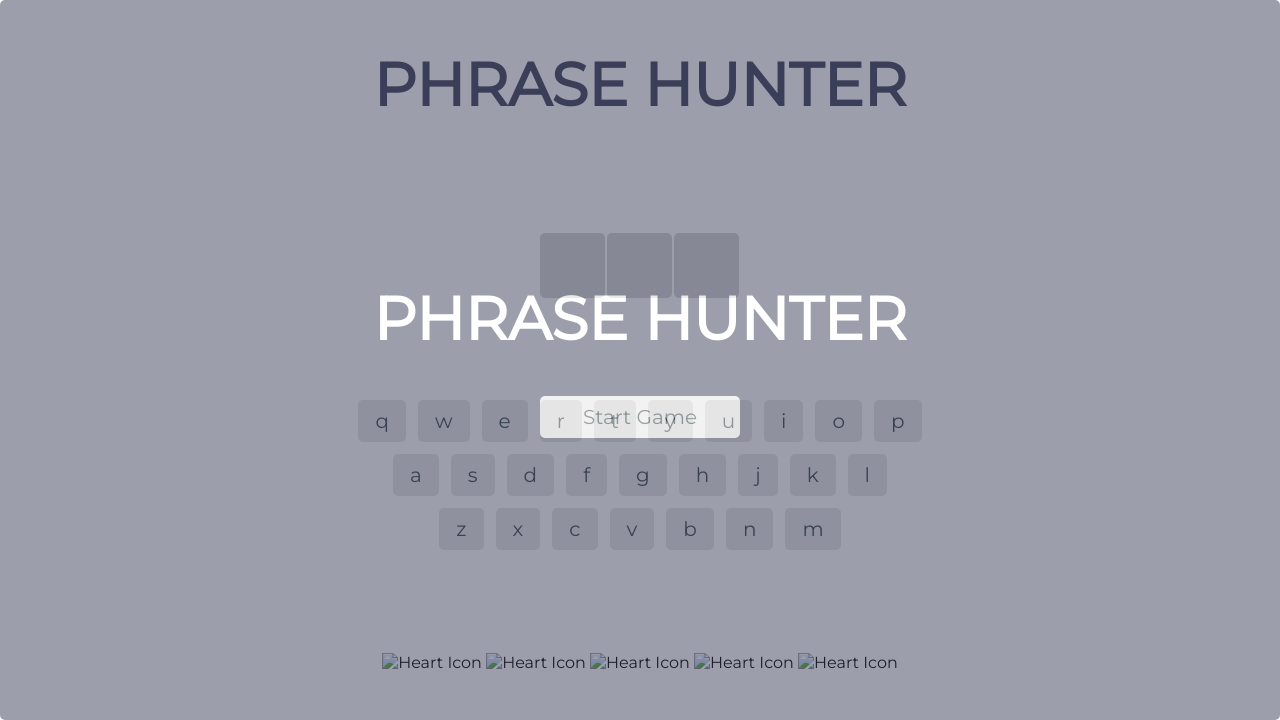
Repository: Lettisu/oop_game-v2-Unit-Four
Page: index.html
An editor plug-in stored every save of this project. The page is shown before and after the next save, followed by the edit.
The browser window is 1280 px wide. The pictures show the window.
After loading, the first visible `#btn__reset` was clicked once.
A layer covers the whole window, so only the first screen is drawn.

Above is the page before, as saved 2019-07-11 12:09:17.
Not found: images/ liveHeart.png

After the next save:
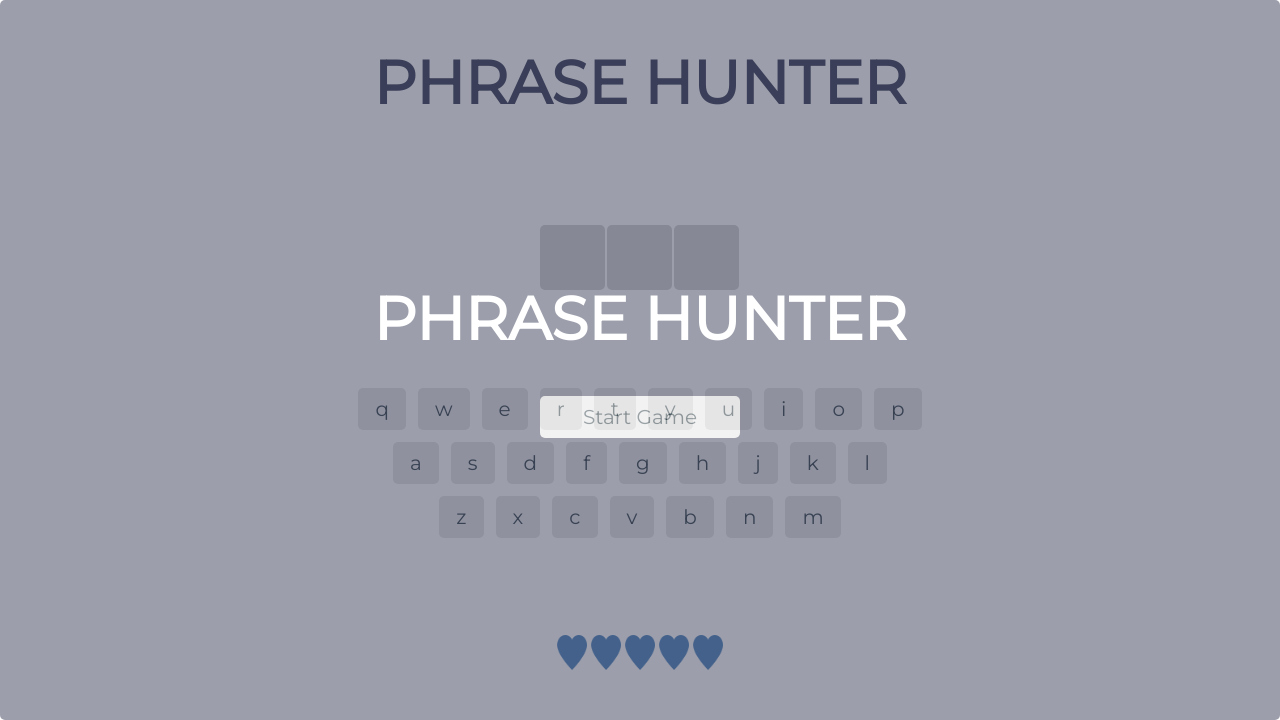
Saved 10 s later.
--- a/js/Game.js
+++ b/js/Game.js
@@ -30,7 +30,7 @@ class Game {
         this.activePhrase.addPhraseToDisplay();
         //resetliveHeart()
         let $liveHeart = $("#scoreboard li img");
-        $liveHeart.attr("src", "images/ liveHeart.png");
+        $liveHeart.attr("src", "images/liveHeart.png");
         $liveHeart.attr("alt", "Heart Icon");
         $liveHeart.show();
         this.missed = 0;
